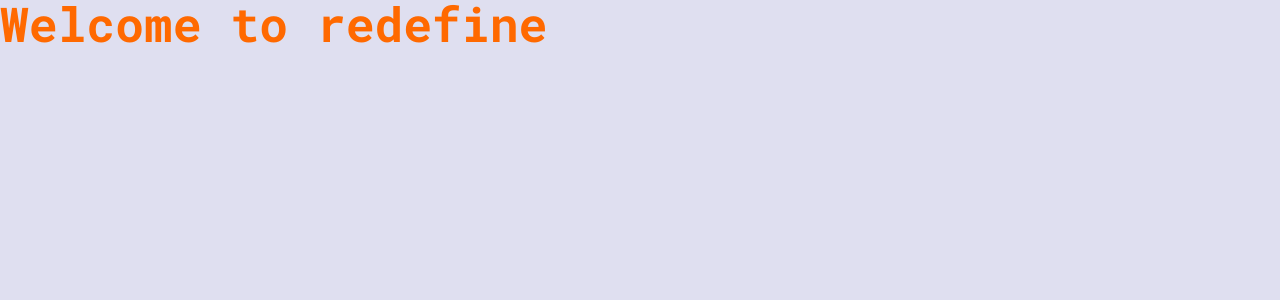
Repository: Deonorla/Redefine
Page: /
The author's editor kept a copy of each file at every save. The page is drawn from the files as they stood at one save, then again after the next save.
The browser window is 1280 px wide. The pictures show the whole page.
The project was rebuilt for these pictures with package versions that can differ from the ones it lists, and the page was loaded fresh each time. Also part of the build but not shown: vite.config.ts.

Above is the page before, as saved 2025-04-26 20:42:36.

### src/index.css
@import "tailwindcss";

body {
  font-family: "General", sans-serif;
  width: 100vdw;
  background-color: #dfdff0;
  overflow-x: hidden;
}

@theme {
  /* Font Family */
  --font-circular-web: "circular-web", sans-serif;
  --font-general: "general", sans-serif;
  --font-robert-medium: "robert-medium", sans-serif;
  --font-robert-regular: "robert-regular", sans-serif;
  --font-zentry: "Zentry", sans-serif;
  /* colors blue */
  --color-blue-50: #dfdff0;
  --color-blue-75: #dfdff2;
  --color-blue-100: #f0f2fa;
  --color-blue-200: #010101;
  --color-blue-300: #4fb7dd;
  /* color violet */
  --color-violet-300: #5724ff;
  /* color yellow */
  --color-yellow-100: #8e983f;
  --color-yellow-300: #edff66;
}

@layer base {
  @font-face {
    font-family: "circular-web";
    src: url("/fonts/circularweb-book.woff2") format("woff2");
  }
  @font-face {
    font-family: "general";
    src: url("/fonts/general.woff2") format("woff2");
  }
  @font-face {
    font-family: "robert-medium";
    src: url("/fonts/robert-medium.woff2") format("woff2");
  }
  @font-face {
    font-family: "robert-regular";
    src: url("/fonts/robert-regular.woff2") format("woff2");
  }
}

### src/App.tsx
const App = () => {
  return (
    <main className="text-5xl text-orange-500 font-bold ">
      Welcome to redefine
    </main>
  );
};

export default App;

Loaded but not shown: index.html (common file); src/main.tsx (common file)

After the next save:
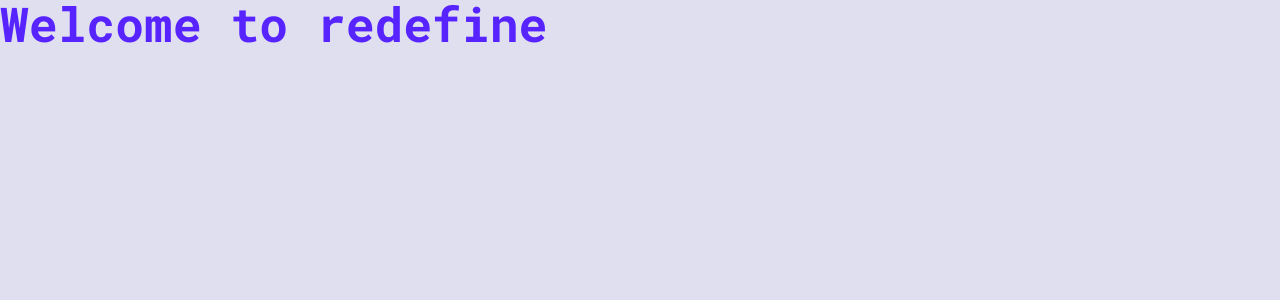
Saved 37 s later.
--- a/src/App.tsx
+++ b/src/App.tsx
@@ -1,6 +1,6 @@
 const App = () => {
   return (
-    <main className="text-5xl text-orange-500 font-bold ">
+    <main className="text-5xl text-violet-300 font-bold ">
       Welcome to redefine
     </main>
   );
